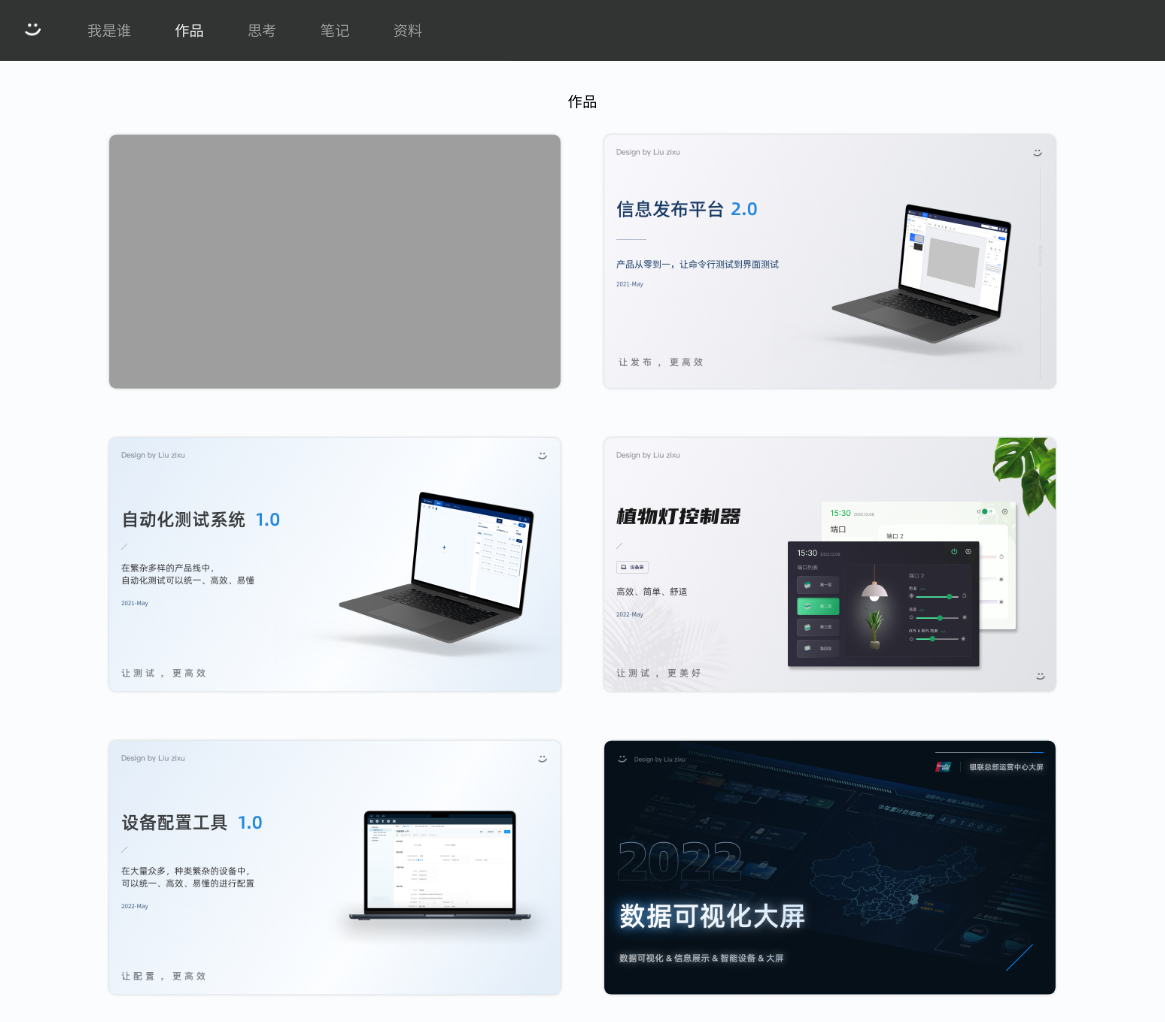
Repository: LiuZixu-aurelio/myblog-Vue
Page: /#/home/project
An editor plug-in stored every save of this project. The page is shown before and after the next save, followed by the edit.
The browser window is 1280 px wide. The pictures show the whole page, at 91% of full size.
Pictures or frames that could not be fetched are drawn as grey boxes. The project was rebuilt for these pictures with package versions that can differ from the ones it lists, and the page was loaded fresh each time. Also part of the build but not shown: vue.config.js, src/components/whoCom.vue, src/components/whocubeCom.vue, src/views/who.vue, src/views/PreView.vue, src/views/talk.vue, src/views/sign.vue, src/views/test.vue and 1 more.

Above is the page before, as saved 2022-12-14 13:21:13.

After the next save:
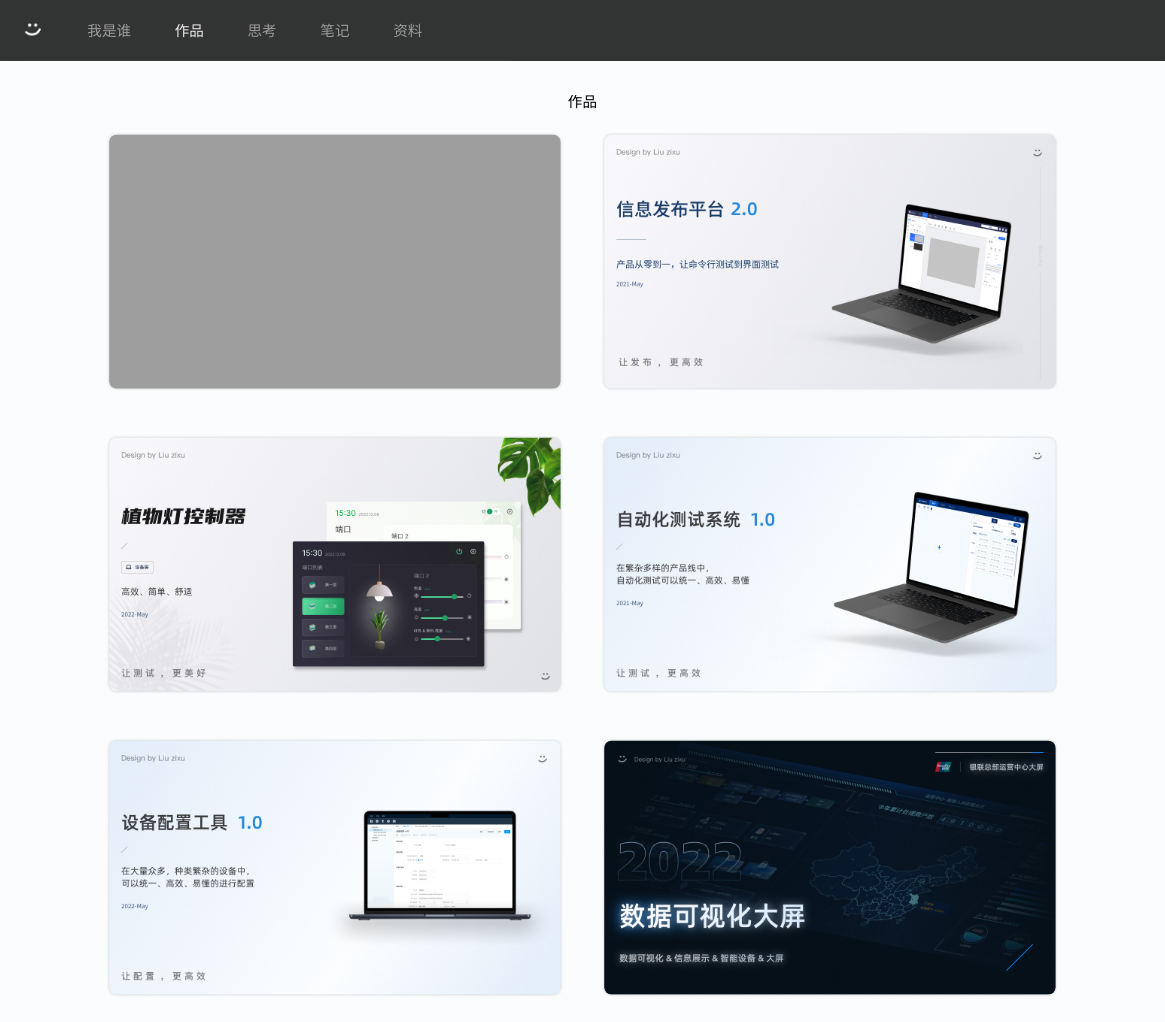
Saved 84 s later.
--- a/src/views/project.vue
+++ b/src/views/project.vue
@@ -5,8 +5,8 @@
             <div class="list">
                 <CardCom :na='scard1' :ur='scard2' :lnk='scard4'></CardCom>
                 <CardCom :na='scardInfor1' :ur='scardInfor2' :lnk='scardInfor4'></CardCom>
+                <CardCom :na='pPlant1' :ur='pPlant2' :lnk='pPlant4'></CardCom>
                 <CardCom :na='extest1' :ur='extest2' :lnk='extest4'></CardCom>
-                <CardCom :na='pPlant1' :ur='pPlant2' :lnk='pPlant4'></CardCom>
                 <CardCom :na='pConfig1' :ur='pConfig2' :lnk='pConfig4'></CardCom>
                 <CardCom :na='data1' :ur='data2' :lnk='data4'></CardCom>
             </div>
